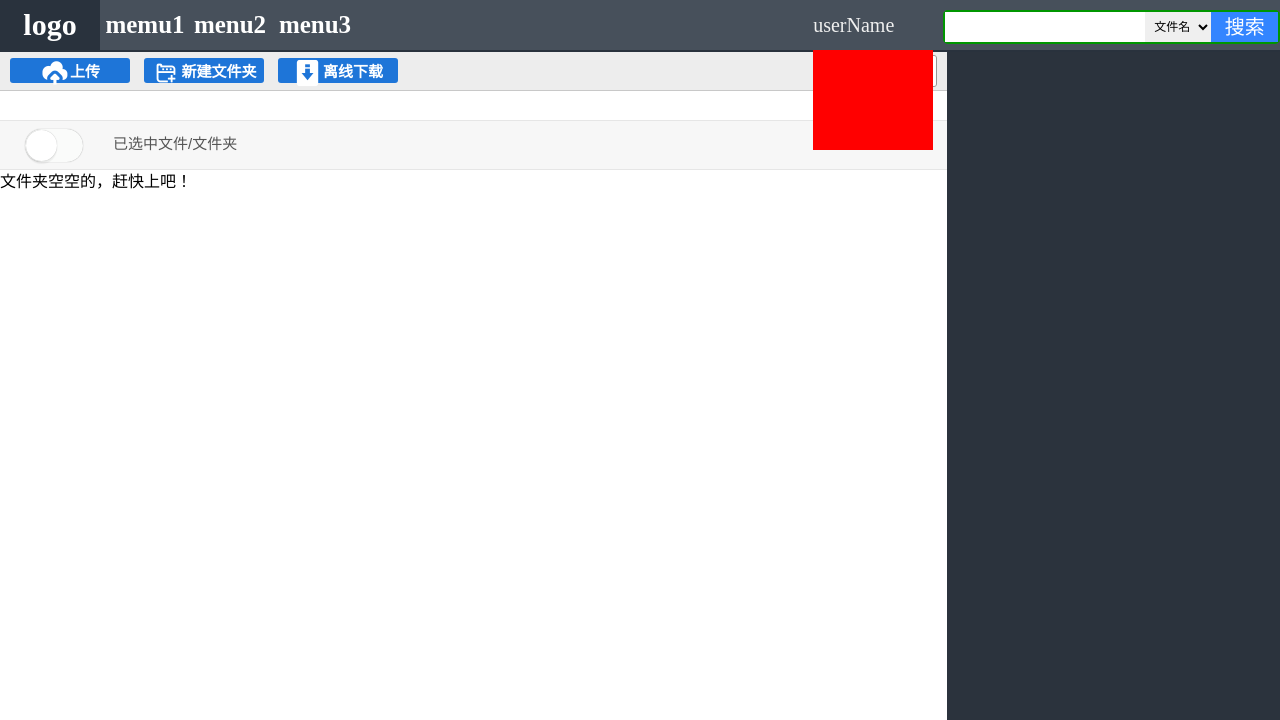
Repository: ixufeng/fileManager
Page: http://localhost/fileManager/delFile.do
These files come from the project's save history. The page is drawn as it stood at one moment and after the next save; the edit follows.
The browser window is 1280 px wide. The pictures show the whole page.
The page is served by Tomcat 9. Queries for data that is not in the repository find no rows.

Above is the page before, as saved 2016-04-07 13:16:49.

After the next save:
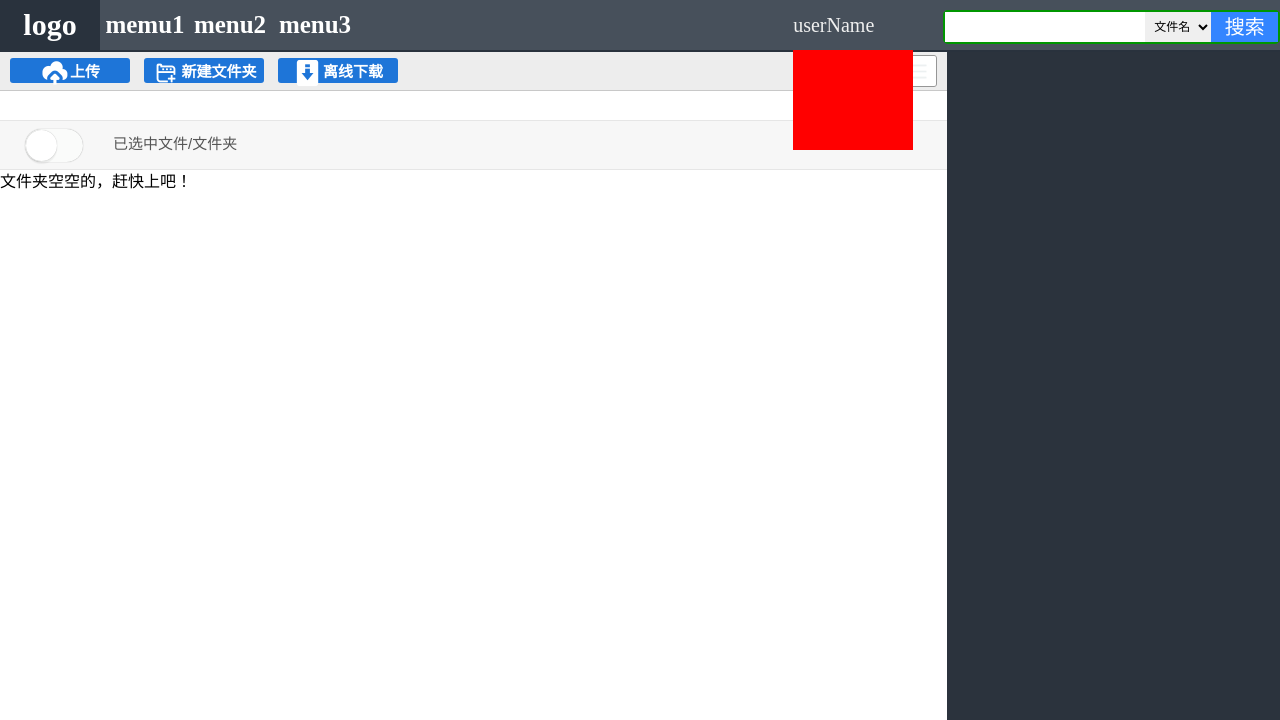
Saved 23 s later.
--- a/fileManager/WebRoot/css/title.css
+++ b/fileManager/WebRoot/css/title.css
@@ -68,7 +68,7 @@ body{
 	float:right;
 	font-size:20px;
 	color:rgb(240,240,240);
-	width:100px;
+	width:120px;
 	line-height:50px;
 	margin-right:30px;
 	cursor:pointer;
